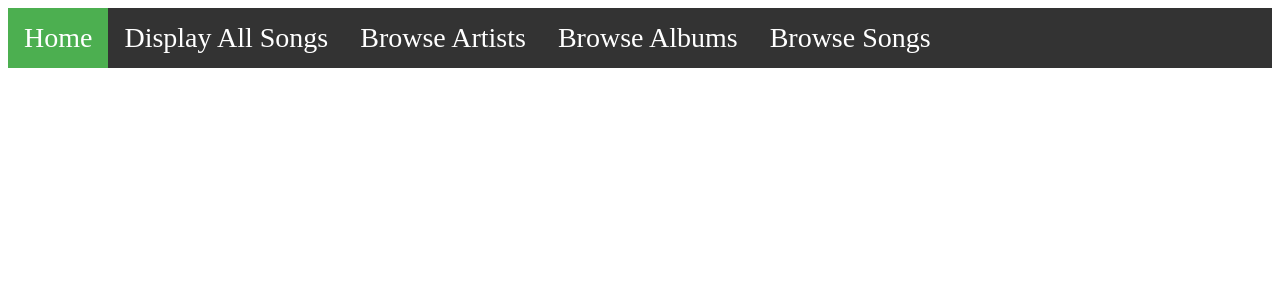
Repository: jasonfic/jmf194_INFSCI1017
Page: jmf194_FinalProject/WebContent/menu.html
An editor plug-in stored every save of this project. The page is shown before and after the next save, followed by the edit.
The browser window is 1280 px wide. The pictures show the whole page.

Above is the page before, as saved 2019-04-19 15:45:52.

### jmf194_FinalProject/WebContent/menu.html
<!DOCTYPE html>
<html>
<head>
<meta charset="UTF-8">
<title>Music Navigator</title>
<style>
body {
  font-size: 28px;
}

ul {
  list-style-type: none;
  margin: 0;
  padding: 0;
  overflow: hidden;
  background-color: #333;
  position: -webkit-sticky;
  position: sticky;
  top: 0;
}

li {
  float: left;
}

li a {
  display: block;
  color: white;
  text-align: center;
  padding: 14px 16px;
  text-decoration: none;
}

li a:hover {
  background-color: #111;
}

.active {
  background-color: #4CAF50;
}
</style>
</head>
<body>
<ul>
  <li><a class="active" href="index.html">Home</a></li>
  <li><a href="displaySongs.html">Display All Songs</a></li>
  <li><a href="artist.html">Browse Artists</a></li>
  <li><a href="album.html">Browse Albums</a></li>
  <li><a href="song.html">Browse Songs</a></li>
</ul>

</body>
</html>

After the next save:
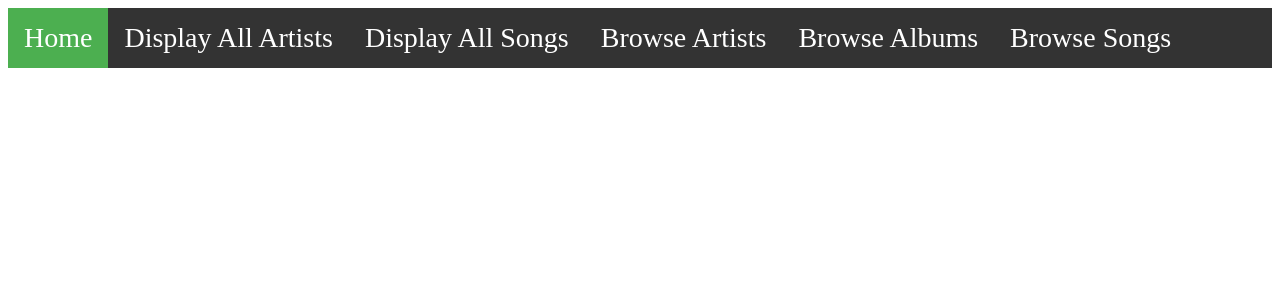
Saved 47 min 5 s later.
--- a/jmf194_FinalProject/WebContent/menu.html
+++ b/jmf194_FinalProject/WebContent/menu.html
@@ -43,6 +43,7 @@ li a:hover {
 <body>
 <ul>
   <li><a class="active" href="index.html">Home</a></li>
+  <li><a href="displayArtists.html">Display All Artists</a></li>
   <li><a href="displaySongs.html">Display All Songs</a></li>
   <li><a href="artist.html">Browse Artists</a></li>
   <li><a href="album.html">Browse Albums</a></li>
